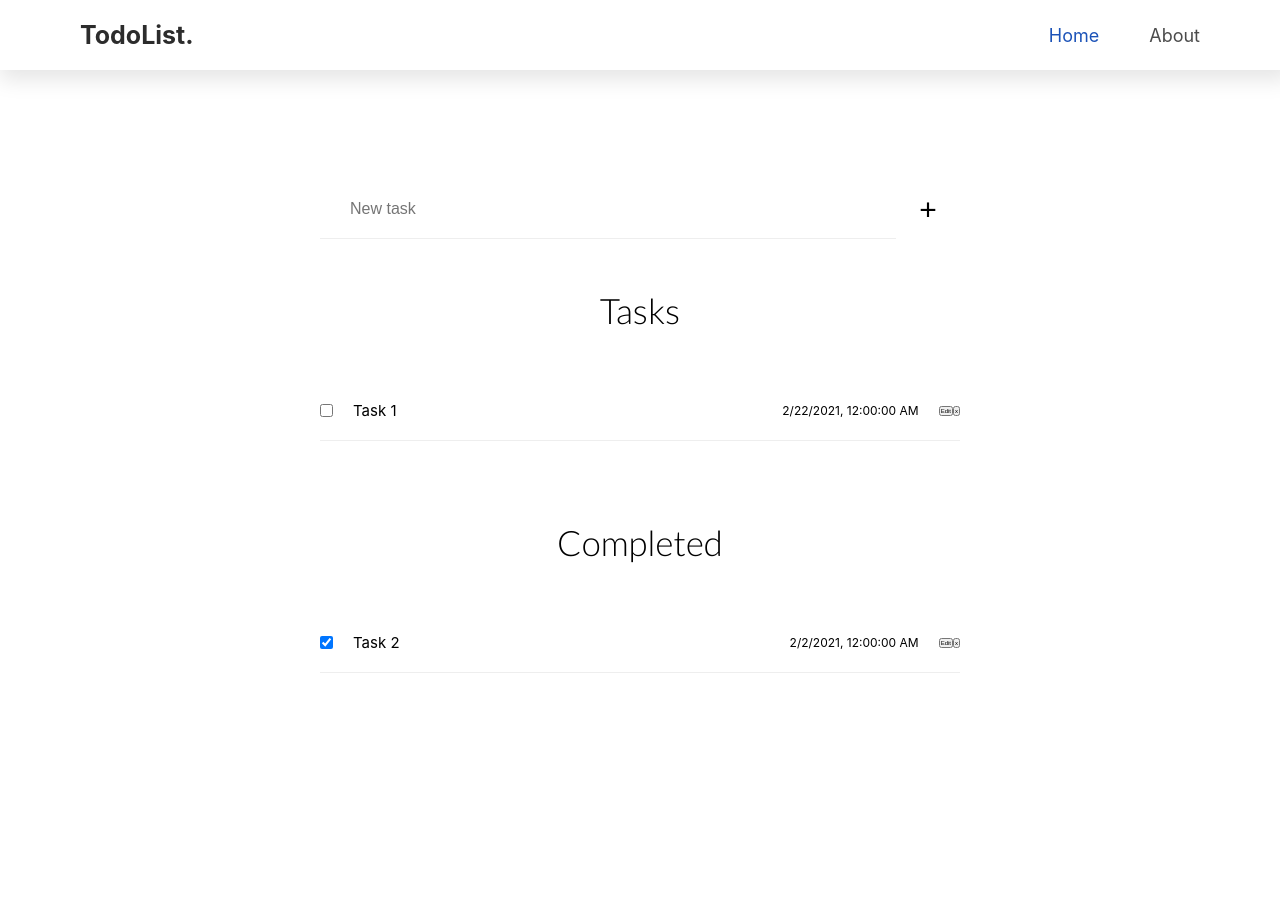
Repository: dqhuy153/react-todoList
Page: /
These files come from the project's save history. The page is drawn as it stood at one moment and after the next save; the edit follows.
The browser window is 1280 px wide. The pictures show the whole page.
The project was rebuilt for these pictures with package versions that can differ from the ones it lists, and the page was loaded fresh each time. Also part of the build but not shown: src/components/UI/LoadingSpinner.module.scss.

Above is the page before, as saved 2021-09-16 22:18:04.

### src/App.js
import React, { Suspense } from 'react';
import { Switch, Route } from 'react-router-dom';

import './App.css';
import Layout from './components/layout/Layout';
import LoadingSpinner from './components/UI/LoadingSpinner';

const Home = React.lazy(() => import('./components/pages/Home'));
const About = React.lazy(() => import('./components/pages/About'));

function App() {
  return (
    <Layout>
      <Suspense
        fallback={
          <div className="centered">
            <LoadingSpinner />
          </div>
        }
      >
        <Switch>
          <Route path="/" exact>
            <Home />
          </Route>
          <Route path="/about">
            <About />
          </Route>
          {/* <Route path="/products" exact>
          <Products />
        </Route>
        <Route path="/products/:productId">
          <ProductDetail />
        </Route> */}
        </Switch>
      </Suspense>
    </Layout>
  );
}

export default App;

### src/App.css
@import url('https://fonts.googleapis.com/css2?family=Lato:ital,wght@0,100;0,300;0,400;0,700;0,900;1,100;1,300;1,400;1,700;1,900&display=swap');

* {
  box-sizing: border-box;
  font-size: 62.5%;
  padding: 0;
  margin: 0;
}

.centered {
  margin: 3rem auto;
  text-align: center;
  display: flex;
  justify-content: center;
  align-items: center;
}

### src/components/layout/Layout.js
import React, { Fragment } from 'react';
import AppNavigation from './AppNavigation';

import styles from './Layout.module.scss';

export default function Layout(props) {
  return (
    <Fragment>
      <AppNavigation logoTitle="TodoList." />
      <main className={styles.main}>{props.children}</main>
    </Fragment>
  );
}

### src/components/UI/LoadingSpinner.js
import styles from './LoadingSpinner.module.scss';

const LoadingSpinner = () => {
  return <div className={styles.spinner}></div>;
};

export default LoadingSpinner;

### src/components/pages/Home.js
import { useState } from 'react';
import TodoList from '../todos/TodoList';

import styles from './Home.module.scss';

const initTodoList = [
  {
    id: 1,
    title: 'Task 1',
    date: new Date('2/22/2021'),
    completed: false,
  },
  {
    id: 2,
    title: 'Task 2',
    date: new Date('2/2/2021'),
    completed: true,
  },
];

export default function Home(props) {
  const [todoList, setTodoList] = useState(initTodoList);
  const [newTask, setNewTask] = useState();

  const handleStatusChange = (id) => {
    let updatedTodoList = todoList.map((todo) => {
      if (todo.id === id) {
        todo.completed = !todo.completed;
      }
      return todo;
    });

    setTodoList(updatedTodoList);
  };

  const handleNewTaskChange = (e) => {
    setNewTask(e.target.value);
  };

  const handleAddNew = () => {
    setTodoList((prev) => [
      ...prev,
      {
        id: Math.random(),
        title: newTask,
        date: new Date(),
        completed: false,
      },
    ]);

    setNewTask('');
  };

  return (
    <div className={styles.container}>
      <div className={styles.add}>
        <input
          placeholder="New task"
          value={newTask}
          onChange={handleNewTaskChange}
        />
        <button onClick={handleAddNew}>+</button>
      </div>
      <h1>Tasks</h1>
      <TodoList
        items={todoList.filter((i) => i.completed === false)}
        onStatusChange={handleStatusChange}
      />
      <h1 className={styles['completed-title']}>Completed</h1>
      <TodoList
        items={todoList.filter((i) => i.completed === true)}
        onStatusChange={handleStatusChange}
      />
    </div>
  );
}

### src/components/layout/AppNavigation.js
import React from 'react';
import { NavLink } from 'react-router-dom';

import styles from './AppNavigation.module.scss';

export default function AppNavigation({ logoTitle = 'Demo.', ...props }) {
  return (
    <header className={styles.header}>
      <div className={styles.logo}>{logoTitle}</div>
      <nav>
        <ul>
          <li>
            <NavLink to="/" exact activeClassName={styles.active}>
              Home
            </NavLink>
          </li>
          <li>
            <NavLink to="/about" activeClassName={styles.active}>
              About
            </NavLink>
          </li>
        </ul>
      </nav>
    </header>
  );
}

### src/components/todos/TodoList.js
import React from 'react';
import TodoItem from './TodoItem';

import styles from './TodoList.module.scss';

export default function TodoList({ items, onStatusChange, ...props }) {
  return (
    <ul className={styles.container}>
      {items.map((item) => (
        <li key={item.id}>
          <TodoItem
            id={item.id}
            title={item.title}
            date={item.date}
            completed={item.completed}
            onStatusChange={onStatusChange}
          />
        </li>
      ))}
    </ul>
  );
}

### src/components/pages/Home.module.scss
.container {
  padding: 18rem 0;

  h1 {
    text-align: center;
    font-family: 'Lato', sans-serif;
    font-weight: 300;
    font-size: 3.5rem;
  }

  .completed-title {
    margin-top: 8rem;
  }

  .add {
    text-align: center;
    margin-bottom: 5rem;
    display: flex;
    align-items: center;
    justify-content: center;

    input {
      border: none;
      border-bottom: 1px solid #eee;
      font-size: 1.6rem;
      width: 45%;
      padding: 2rem 3rem;
      outline: none;
    }

    button {
      width: 5%;
      background: none;
      border: none;
      font-size: 3rem;
      font-weight: 100;
      cursor: pointer;
    }
  }
}

### src/components/layout/AppNavigation.module.scss
.header {
  width: 100%;
  height: 7rem;
  display: flex;
  align-items: center;
  justify-content: space-between;
  background-color: #ffffff;
  padding: 0 8rem;
  box-shadow: 5px 5px 20px 5px rgba(0, 0, 0, 0.1);
  position: fixed;
}

.logo {
  font-size: 2.5rem;
  color: rgb(44, 44, 44);
  font-weight: bold;
}

.header ul {
  list-style: none;
  margin: 0;
  padding: 0;
  display: flex;
  align-items: baseline;
}

.header li {
  margin-left: 5rem;
}

.header a {
  text-decoration: none;
  font-size: 1.8rem;
  color: #4b4b4b;
}

.header a:hover,
.header a:active,
.header a.active {
  color: rgb(28, 83, 184);
}

### src/components/todos/TodoItem.js
import styles from './TodoItem.module.scss';

export default function TodoItem({
  id,
  title,
  date,
  completed,
  onStatusChange,
  ...props
}) {
  return (
    <div className={`${styles.container} ${styles.flex}`}>
      <div className={`${styles.task} ${styles.flex}`}>
        <input
          type="checkbox"
          checked={completed}
          onChange={() => onStatusChange(id)}
        />
        <p>{title}</p>
      </div>
      <div className={`${styles.info} ${styles.flex}`}>
        <p className={styles.date}>{date.toLocaleString()}</p>
        <div className={`${styles.buttons} ${styles.flex}`}>
          <button>Edit</button>
          <button>x</button>
        </div>
      </div>
    </div>
  );
}

### src/components/todos/TodoList.module.scss
.container {
  text-align: center;
  width: 50%;
  margin: 5rem auto;
  list-style: none;
}

### src/components/todos/TodoItem.module.scss
.container {
  padding: 2rem 0;
  border-bottom: 1px solid #eee;
}

.task {
  p {
    padding-left: 2rem;
    font-size: 1.5rem;
  }
}

.date {
  font-size: 1.2rem;
  margin-right: 2rem;
}

.info {
}

.flex {
  display: flex;
  align-items: center;
  justify-content: space-between;
}

Loaded but not shown: public/index.html (common file); src/index.js (common file); src/index.css (common file); src/reportWebVitals.js (common file); src/components/layout/Layout.module.scss (no stored copy; drawn as an empty file)

After the next save:
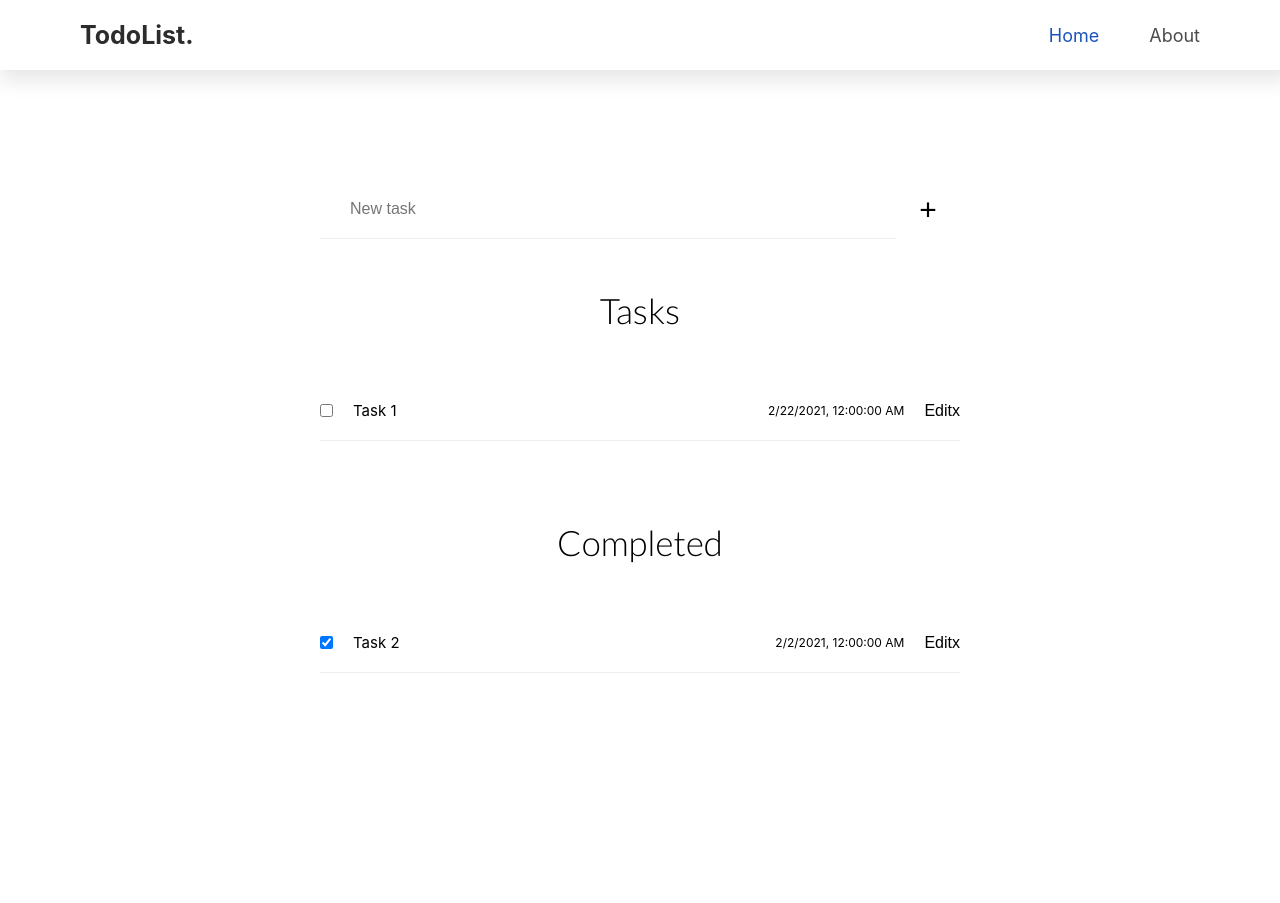
Saved 63 s later.
--- a/src/components/todos/TodoItem.module.scss
+++ b/src/components/todos/TodoItem.module.scss
@@ -15,7 +15,12 @@
   margin-right: 2rem;
 }
 
-.info {
+.buttons {
+  button {
+    border: none;
+    background: none;
+    font-size: 1.6rem;
+  }
 }
 
 .flex {
